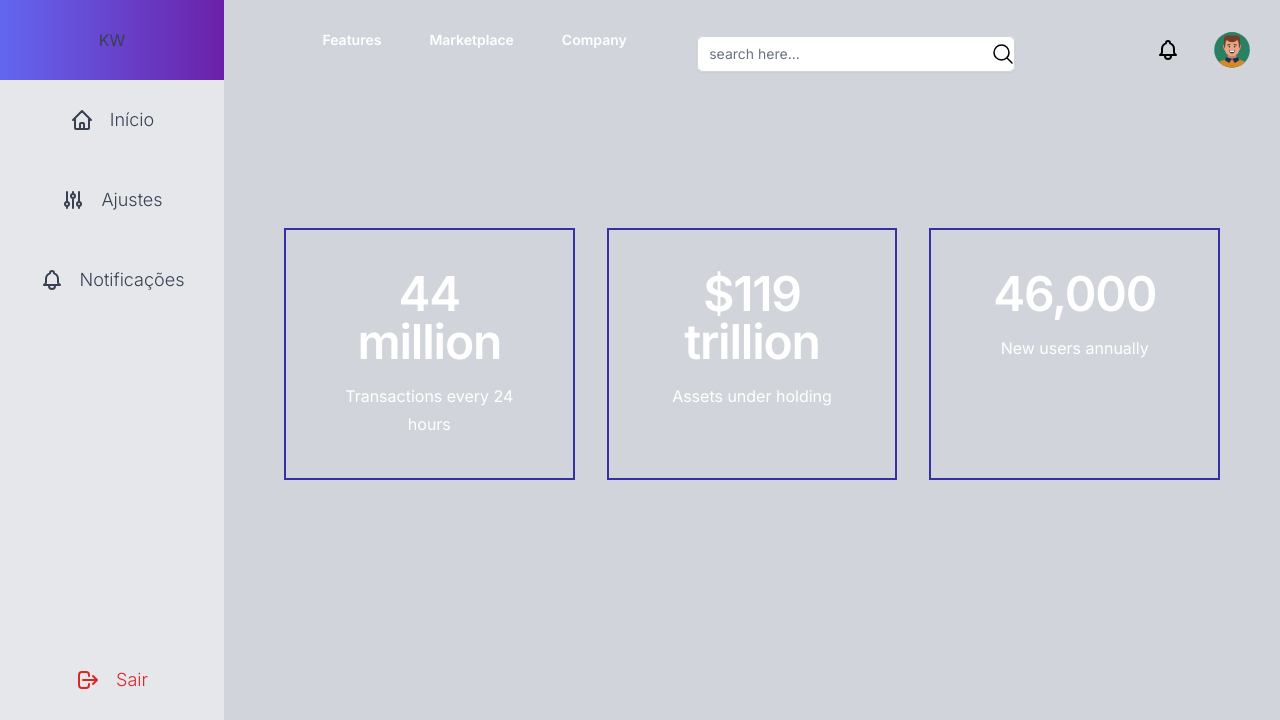
Repository: KennedyWanderson/AdminDashboard
Page: / (app in Code/admindashboard/)
The author's editor kept a copy of each file at every save. The page is drawn from the files as they stood at one save, then again after a run of saves.
The browser window is 1280 px wide. The pictures show the whole page.
The project was rebuilt for these pictures with package versions that can differ from the ones it lists, and the page was loaded fresh each time. The framework's server and built-in components were replaced by stand-ins that run in the browser. Also part of the build but not shown: Code/admindashboard/next.config.mjs.

Above is the page before, as saved 2024-06-23 15:40:06.

### Code/admindashboard/src/app/layout.js
import { Inter } from "next/font/google";
import "./globals.css";

const inter = Inter({ subsets: ["latin"] });

export const metadata = {
  title: "Admin Dashboard",
  description: "Generated by Kennedy Wanderson",
};

export default function RootLayout({ children }) {
  return (
    <html lang="en">
      <body className={inter.className}>{children}</body>
    </html>
  );
}

### Code/admindashboard/src/app/page.js
import Layout from "@/components/Layout";

export default function Home() {
  return (
    <Layout>
      Content
    </Layout>
  )
}

### Code/admindashboard/src/components/Layout.jsx
"use client";

import { useState } from "react";
import Content from "./Content";
import Header from "./Header";
import LateralMenu from "./LateralMenu";
import HomePage from "./Home";


export default function Layout() {
    const [activeComponent, setActiveComponent] = useState("HomePage");

    const renderActiveComponent = () => {
        switch (activeComponent) {
            case "HomePage":
                return <HomePage />;
            default:
                return <HomePage />;
        }
    };

    return (
        <div className={`flex h-screen w-screen`}>
            <LateralMenu setActiveComponent={setActiveComponent} />
            <div className={`
                flex flex-col w-full p-7
                bg-gray-300 dark:bg-gray-800
            `}>
                <Header />
                <Content>
                    {renderActiveComponent()}
                </Content>
            </div>
        </div>
    );
}

### Code/admindashboard/src/components/Content.jsx
export default function Content({ children }) {
    return (
        <div className={`
            flex flex-col mt-7
            dark:text-gray-200
        `}>
            {children}
        </div>
    );
}

### Code/admindashboard/src/components/Header.jsx
import AvatarUsuario from "./UserAvatar";
import { IconeSearch, IconeSino } from "./icons";

export default function Header({ titulo, subtitulo }) {


    return (
        <div className={`flex`}>
            <div>
                <h1 className={`
                font-black text-3xl
                text-gray-900 dark:text-gray-100
            `}>
                    {titulo}
                </h1>
                <h2 className={`
                font-light text-sm
                dark:text-gray-300
            `}>
                    {subtitulo}
                </h2>
            </div>
            <header className="flex flex-grow justify-center text-white">
                <nav className=" justify-center" aria-label="Global">

                    <div className="hidden lg:flex lg:gap-x-12">

                        <a href="#" className="text-sm font-semibold leading-6 text-white">Features</a>
                        <a href="#" className="text-sm font-semibold leading-6 text-white">Marketplace</a>
                        <a href="#" className="text-sm font-semibold leading-6 text-white">Company</a>
                    </div>


                </nav>

            </header>
            <div>
                <div className="relative mt-2 rounded-md shadow-sm">
                    <div className="pointer-events-none absolute inset-y-0 left-0 flex items-center pl-3">
                        <span className="text-gray-500 sm:text-sm">search here...</span>
                    </div>
                    <input type="text" name="search" id="search" className="block w-full rounded-md border-0 py-1.5 pl-7 pr-20 text-gray-900 ring-1 ring-inset ring-gray-300 placeholder:text-gray-400 focus:ring-2 focus:ring-inset focus:ring-indigo-600 sm:text-sm sm:leading-6" />
                    <div className="absolute inset-y-0 right-0 flex items-center">
                        {IconeSearch}
                    </div>
                </div>
            </div>

            <div className={`flex flex-grow justify-end items-center gap-8`}>

                {IconeSino}
                <AvatarUsuario />
            </div>
        </div>
    )
}

### Code/admindashboard/src/components/LateralMenu.jsx
"use client";

import MenuItem from "./ItemMenu";
import { IconeAjustes, IconeCasa, IconeSair, IconeSino } from "./icons";

export default function LateralMenu({ setActiveComponent }) {
    return (
        <aside className={`
            flex flex-col items-center
            bg-gray-200 text-gray-700
            dark:bg-gray-900
        `}>
            <div className={`
                flex flex-col items-center justify-center
                bg-gradient-to-r from-indigo-500 to-purple-800
                h-20 w-56
            `}>
                KW
            </div>
            <ul className="flex-grow">
                <MenuItem
                    texto="Início"
                    icone={IconeCasa}
                    onClick={() => setActiveComponent('HomePage')}
                />
                <MenuItem
                    texto="Ajustes"
                    icone={IconeAjustes}
                    onClick={() => setActiveComponent('Ajustes')}
                />
                <MenuItem
                    texto="Notificações"
                    icone={IconeSino}
                    onClick={() => setActiveComponent('Notificacoes')}
                />
            </ul>
            <ul>
                <MenuItem
                    texto="Sair"
                    icone={IconeSair}
                    className={`
                        text-red-600 dark:text-red-400
                        hover:bg-red-400 hover:text-white
                        dark:hover:text-white
                    `}
                />
            </ul>
        </aside>
    );
}

### Code/admindashboard/src/components/Home.jsx


export default function HomePage() {
    return (
        <div class=" py-24 sm:py-32">
            <div class="mx-auto max-w-7xl px-6 lg:px-8">
                <dl class="grid grid-cols-1 gap-x-8 gap-y-16 text-center lg:grid-cols-3">
                    <div class="mx-auto flex max-w-xs flex-col w-full border-2 p-10 border-indigo-800 gap-y-4">
                        <dt class="text-base leading-7 text-white">Transactions every 24 hours</dt>
                        <dd class="order-first text-3xl font-semibold tracking-tight text-white sm:text-5xl">44 million</dd>
                    </div>
                    <div class="mx-auto flex max-w-xs flex-col w-full border-2 p-10 border-indigo-800 gap-y-4">
                        <dt class="text-base leading-7 text-white">Assets under holding</dt>
                        <dd class="order-first text-3xl font-semibold tracking-tight text-white sm:text-5xl">$119 trillion</dd>
                    </div>
                    <div class="mx-auto flex max-w-xs flex-col w-full border-2 p-10 border-indigo-800 gap-y-4">
                        <dt class="text-base leading-7 text-white">New users annually</dt>
                        <dd class="order-first text-3xl font-semibold tracking-tight text-white sm:text-5xl">46,000</dd>
                    </div>
                </dl>
            </div>
        </div>
    )
}

### Code/admindashboard/src/components/UserAvatar.jsx


export default function AvatarUsuario({className}) {
    return (
            <img
                src={'/images/avatar.svg'}
                alt="Avatar do Usuário"
                className={`
                    h-10 w-10 rounded-full cursor-pointer
                    ${className}
                `}
            />

    )
}

### Code/admindashboard/src/components/icons/index.jsx
// Pra mais icones acessar... https://heroicons.com/

export const IconeSearch = (
    <svg xmlns="http://www.w3.org/2000/svg" fill="none" viewBox="0 0 24 24" strokeWidth={1.5} stroke="currentColor" className="size-6">
  <path strokeLinecap="round" strokeLinejoin="round" d="m21 21-5.197-5.197m0 0A7.5 7.5 0 1 0 5.196 5.196a7.5 7.5 0 0 0 10.607 10.607Z" />
</svg>


)

export const IconeCasa = (
    <svg xmlns="http://www.w3.org/2000/svg" className="h-6 w-6" fill="none" viewBox="0 0 24 24" stroke="currentColor">
        <path strokeLinecap="round" strokeLinejoin="round" strokeWidth={2} d="M3 12l2-2m0 0l7-7 7 7M5 10v10a1 1 0 001 1h3m10-11l2 2m-2-2v10a1 1 0 01-1 1h-3m-6 0a1 1 0 001-1v-4a1 1 0 011-1h2a1 1 0 011 1v4a1 1 0 001 1m-6 0h6" />
    </svg>
)

export const IconeAjustes = (
    <svg xmlns="http://www.w3.org/2000/svg" className="h-6 w-6" fill="none" viewBox="0 0 24 24" stroke="currentColor">
        <path strokeLinecap="round" strokeLinejoin="round" strokeWidth={2} d="M12 6V4m0 2a2 2 0 100 4m0-4a2 2 0 110 4m-6 8a2 2 0 100-4m0 4a2 2 0 110-4m0 4v2m0-6V4m6 6v10m6-2a2 2 0 100-4m0 4a2 2 0 110-4m0 4v2m0-6V4" />
    </svg>
)

export const IconeSino = (
    <svg xmlns="http://www.w3.org/2000/svg" className="h-6 w-6" fill="none" viewBox="0 0 24 24" stroke="currentColor">
        <path strokeLinecap="round" strokeLinejoin="round" strokeWidth={2} d="M15 17h5l-1.405-1.405A2.032 2.032 0 0118 14.158V11a6.002 6.002 0 00-4-5.659V5a2 2 0 10-4 0v.341C7.67 6.165 6 8.388 6 11v3.159c0 .538-.214 1.055-.595 1.436L4 17h5m6 0v1a3 3 0 11-6 0v-1m6 0H9" />
    </svg>
)

export const IconeSair = (
    <svg xmlns="http://www.w3.org/2000/svg" className="h-6 w-6" fill="none" viewBox="0 0 24 24" stroke="currentColor">
        <path strokeLinecap="round" strokeLinejoin="round" strokeWidth={2} d="M17 16l4-4m0 0l-4-4m4 4H7m6 4v1a3 3 0 01-3 3H6a3 3 0 01-3-3V7a3 3 0 013-3h4a3 3 0 013 3v1" />
    </svg>
)

export const IconeSol = (tamanho = 6) => (
    <svg xmlns="http://www.w3.org/2000/svg" className={`h-${tamanho} w-${tamanho}`} fill="none" viewBox="0 0 24 24" stroke="currentColor">
        <path strokeLinecap="round" strokeLinejoin="round" strokeWidth={2} d="M12 3v1m0 16v1m9-9h-1M4 12H3m15.364 6.364l-.707-.707M6.343 6.343l-.707-.707m12.728 0l-.707.707M6.343 17.657l-.707.707M16 12a4 4 0 11-8 0 4 4 0 018 0z" />
    </svg>
)

export const IconeLua = (tamanho = 6) => (
    <svg xmlns="http://www.w3.org/2000/svg" className={`h-${tamanho} w-${tamanho}`} fill="none" viewBox="0 0 24 24" stroke="currentColor">
        <path strokeLinecap="round" strokeLinejoin="round" strokeWidth={2} d="M20.354 15.354A9 9 0 018.646 3.646 9.003 9.003 0 0012 21a9.003 9.003 0 008.354-5.646z" />
    </svg>
)

export const IconeAtencao = (tamanho = 1) => (
    <svg xmlns="http://www.w3.org/2000/svg" className={`h-${tamanho} w-${tamanho}`} fill="none" viewBox="0 0 24 24" stroke="currentColor">
        <path strokeLinecap="round" strokeLinejoin="round" strokeWidth={2} d="M12 9v2m0 4h.01m-6.938 4h13.856c1.54 0 2.502-1.667 1.732-3L13.732 4c-.77-1.333-2.694-1.333-3.464 0L3.34 16c-.77 1.333.192 3 1.732 3z" />
    </svg>
)

### Code/admindashboard/src/components/ItemMenu.jsx

export default function MenuItem({ texto, icone, url, className, onClick }) {
    function renderizarLink() {
        return (
            <div className={`
                flex justify-center items-center
                h-20 w-56 gap-4
                dark:text-gray-200
                ${className}
            `}>
                {icone}
                <span className="text-lg font-light">
                    {texto}
                </span>
            </div>
        );
    }

    return (
        <li
            onClick={onClick}
            className={`
                hover:bg-gray-100 dark:hover:bg-gray-800
                cursor-pointer
            `}
        >
            {url ? (
                <a href={url}>
                    {renderizarLink()}
                </a>
            ) : (
                renderizarLink()
            )}
        </li>
    );
}

Loaded but not shown: Code/admindashboard/src/app/globals.css (common file); Code/admindashboard/tailwind.config.js (common file)

After the next 3 saves:
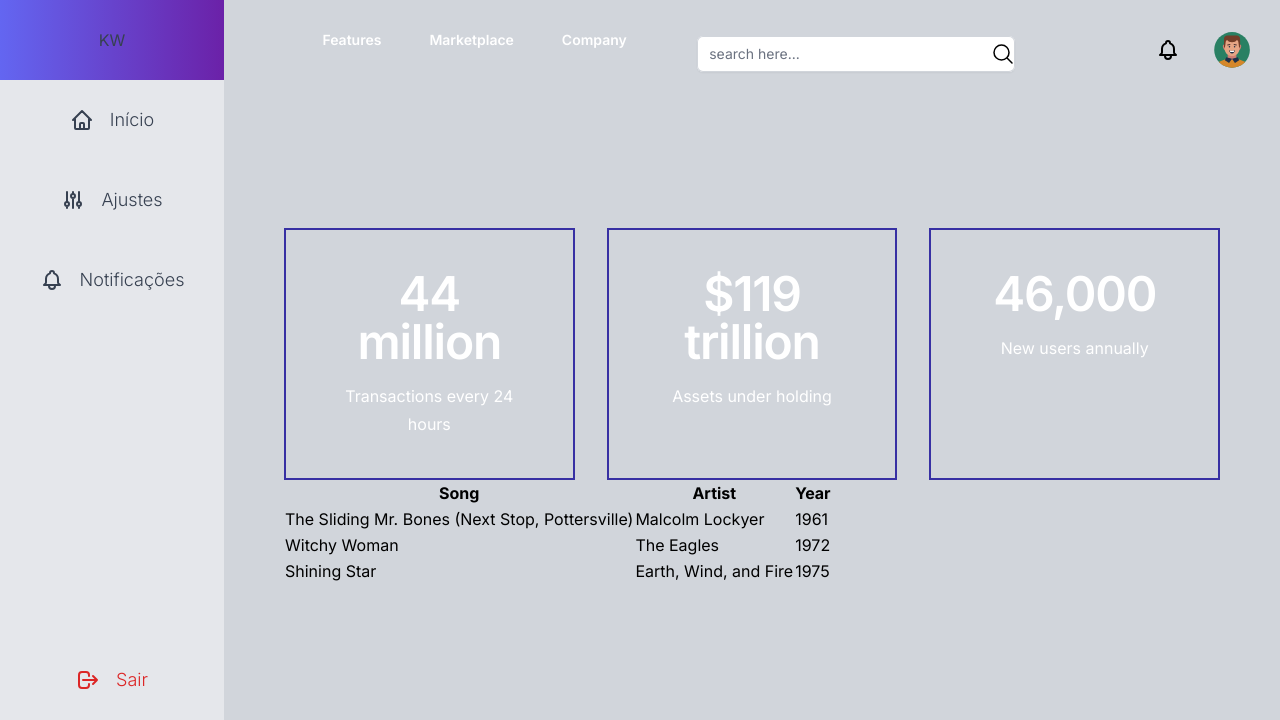
The 3 saves are shown as one change because they came seconds apart.
The last was saved 3 min 46 s later.
--- a/Code/admindashboard/src/components/Home.jsx
+++ b/Code/admindashboard/src/components/Home.jsx
@@ -18,6 +18,33 @@ export default function HomePage() {
                         <dd class="order-first text-3xl font-semibold tracking-tight text-white sm:text-5xl">46,000</dd>
                     </div>
                 </dl>
+
+                <table class="table-auto">
+                    <thead>
+                        <tr>
+                            <th>Song</th>
+                            <th>Artist</th>
+                            <th>Year</th>
+                        </tr>
+                    </thead>
+                    <tbody>
+                        <tr>
+                            <td>The Sliding Mr. Bones (Next Stop, Pottersville)</td>
+                            <td>Malcolm Lockyer</td>
+                            <td>1961</td>
+                        </tr>
+                        <tr>
+                            <td>Witchy Woman</td>
+                            <td>The Eagles</td>
+                            <td>1972</td>
+                        </tr>
+                        <tr>
+                            <td>Shining Star</td>
+                            <td>Earth, Wind, and Fire</td>
+                            <td>1975</td>
+                        </tr>
+                    </tbody>
+                </table>
             </div>
         </div>
     )
